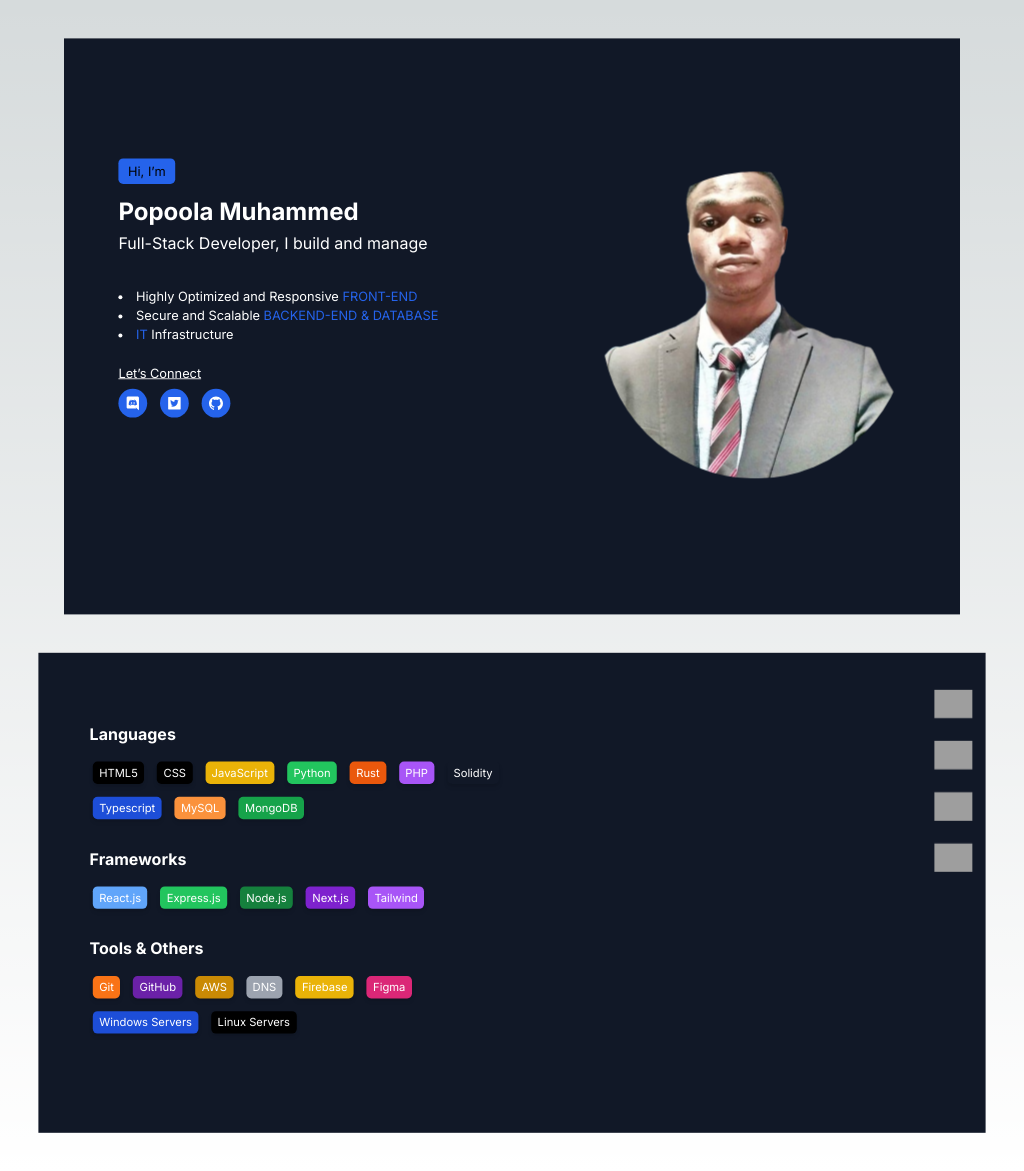
Repository: muhammedctgr/hammedctgr
Page: /
An editor plug-in stored every save of this project. The page is shown before and after the next save, followed by the edit.
The browser window is 1280 px wide. The pictures show the whole page, at 80% of full size.
Pictures or frames that could not be fetched are drawn as grey boxes. The project was rebuilt for these pictures with package versions that can differ from the ones it lists, and the page was loaded fresh each time. The framework's server and built-in components were replaced by stand-ins that run in the browser. Also part of the build but not shown: next.config.mjs.

Above is the page before, as saved 2024-08-01 13:56:26.

After the next save:
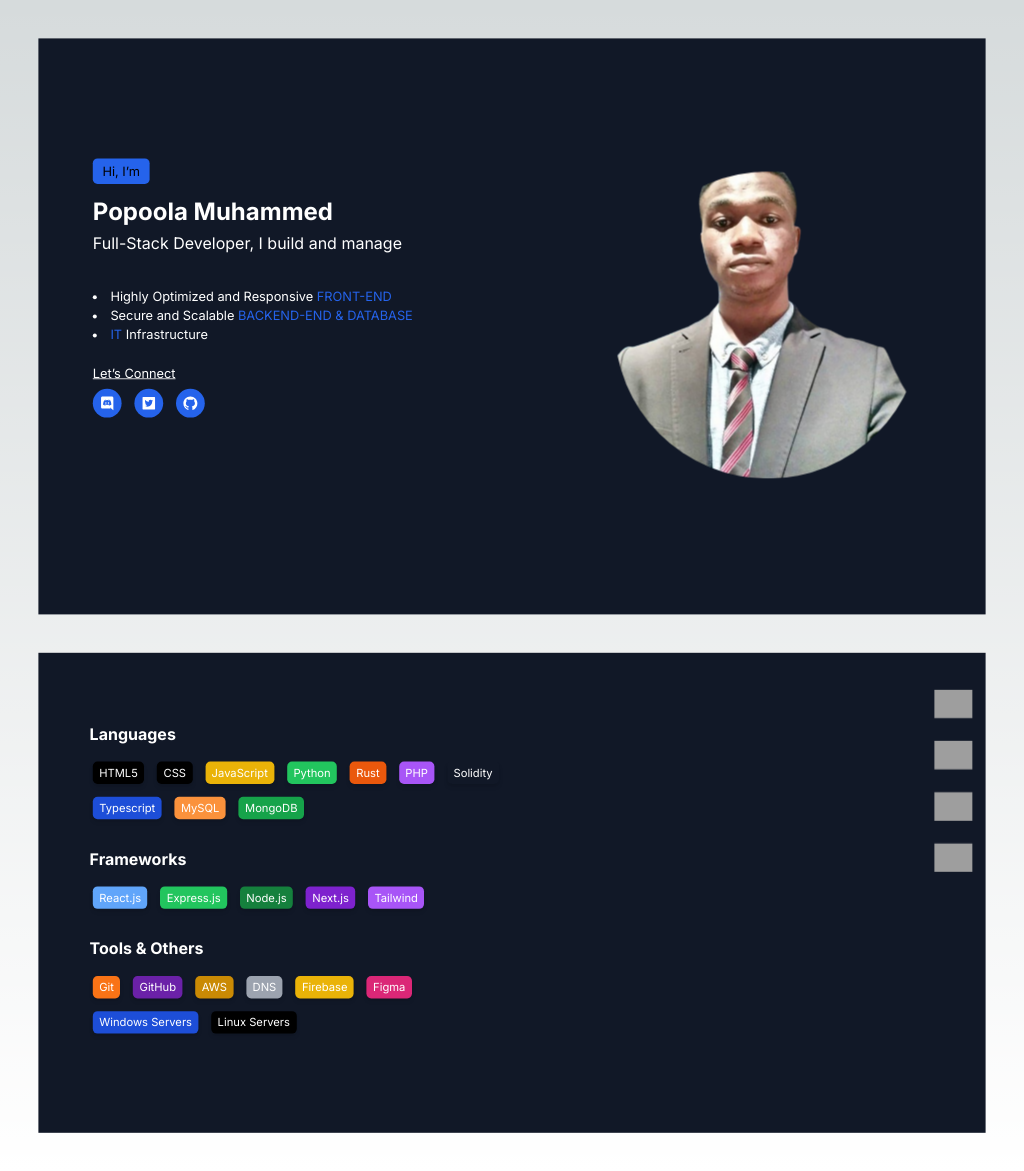
Saved 109 s later.
--- a/components/Hero.tsx
+++ b/components/Hero.tsx
@@ -4,7 +4,7 @@ import { AiFillDiscord, AiFillGithub, AiFillTwitterSquare, AiFillX } from 'react
 
 const Hero = () => {
   return (
-    <section className="bg-gray-900 m-12 mx-20 text-white min-h-screen flex items-center">
+    <section className="bg-gray-900 m-12 mx-12 text-white min-h-screen flex items-center">
       <div className="container mx-auto flex flex-col md:flex-row items-center">
         <div className="flex-1 text-left md:text-left p-5 m-12 -mt-12">
           <div className="inline-block bg-blue-600 text-black py-1 px-3 mb-4 rounded-md">
